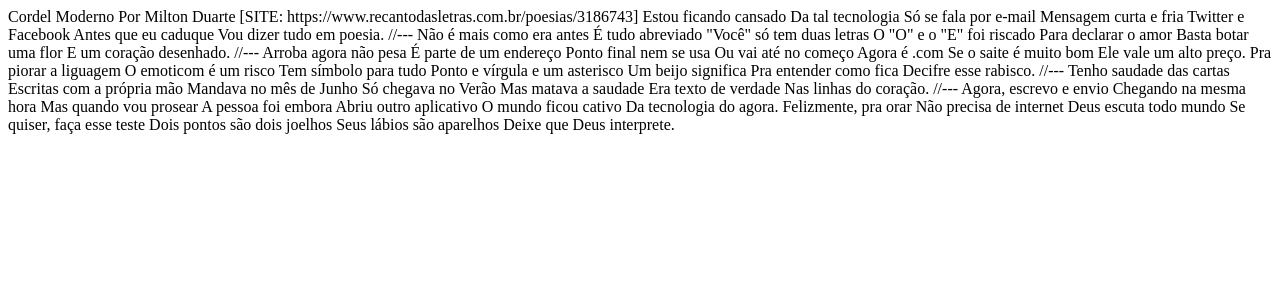
Repository: Codigo404q/html-css
Page: AHAHAHAHAHAHAHHHHHHHHHAHAHAHAHAHAHHAHAH/d012/index.html
The author's editor kept a copy of each file at every save. The page is drawn from the files as they stood at one save, then again after the next save.
The browser window is 1280 px wide. The pictures show the whole page.

Above is the page before, as saved 2024-01-07 21:49:47.

After the next save:
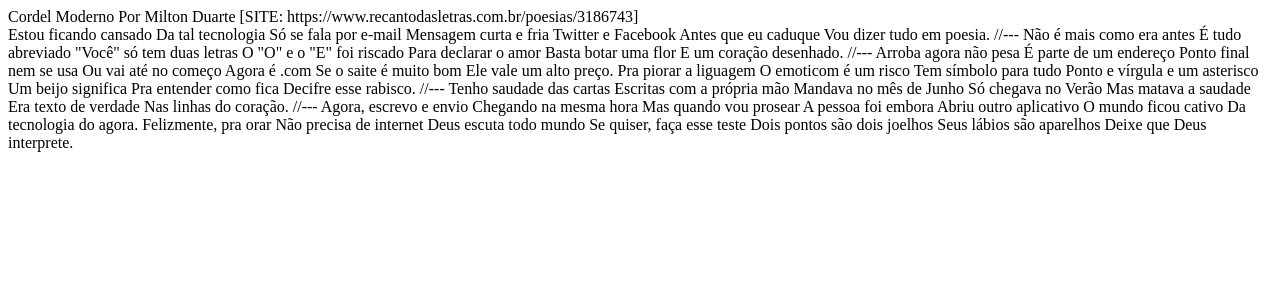
Saved 35 s later.
--- a/AHAHAHAHAHAHAHHHHHHHHHAHAHAHAHAHAHHAHAH/d012/index.html
+++ b/AHAHAHAHAHAHAHHHHHHHHHAHAHAHAHAHAHHAHAH/d012/index.html
@@ -6,9 +6,11 @@
     <title>Codel moderno</title>
 </head>
 <body>
-    Cordel Moderno
-Por Milton Duarte
-[SITE: https://www.recantodasletras.com.br/poesias/3186743]
+    <header>
+        Cordel Moderno
+        Por Milton Duarte
+        [SITE: https://www.recantodasletras.com.br/poesias/3186743]
+    </header>
 
 Estou ficando cansado
 Da tal tecnologia
